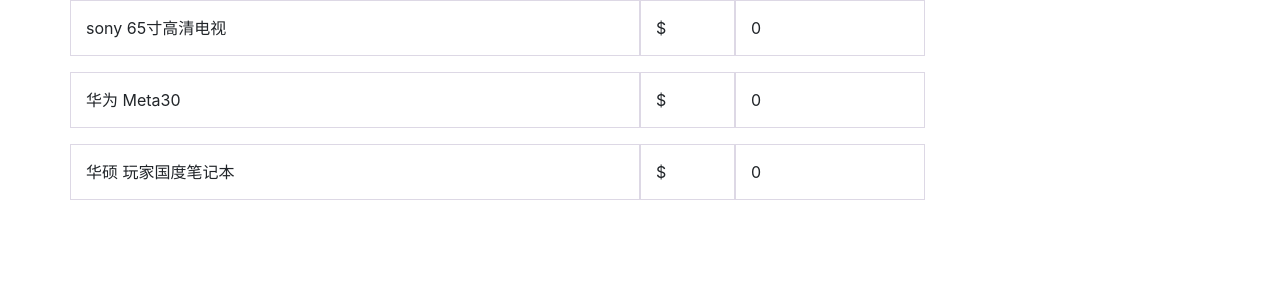
Repository: cuilongshui/reaact_dom
Page: /
These files come from the project's save history. The page is drawn as it stood at one moment and after the next save; the edit follows.
The browser window is 1280 px wide. The pictures show the whole page.
The project was rebuilt for these pictures with package versions that can differ from the ones it lists, and the page was loaded fresh each time. Also part of the build but not shown: src/App.css.

Above is the page before, as saved 2020-12-10 22:27:48.

### public/index.html
<!DOCTYPE html>
<html lang="en">
  <head>
    <meta charset="utf-8" />
    <link rel="icon" href="%PUBLIC_URL%/favicon.ico" />
    <meta name="viewport" content="width=device-width, initial-scale=1" />
    <meta name="theme-color" content="#000000" />
    <meta
      name="description"
      content="Web site created using create-react-app"
    />

    <title>React App</title>
  </head>
  <body>
    <noscript>You need to enable JavaScript to run this app.</noscript>
    <div id="root"></div>
  </body>
</html>

### src/index.js
/*
 * @Author: your name
 * @Date: 2020-12-04 23:02:56
 * @LastEditTime: 2020-12-09 22:44:31
 * @LastEditors: Please set LastEditors
 * @Description: In User Settings Edit
 * @FilePath: \my-app\src\index.js
 */
import React from 'react';
import ReactDOM from 'react-dom';
import './index.css';
import "bootstrap/dist/css/bootstrap.css";
import App from './App';


ReactDOM.render(
  <App/>,
  document.getElementById('root')
);

### src/index.css
body {
  margin: 0;
  font-family: -apple-system, BlinkMacSystemFont, 'Segoe UI', 'Roboto', 'Oxygen',
    'Ubuntu', 'Cantarell', 'Fira Sans', 'Droid Sans', 'Helvetica Neue',
    sans-serif;
  -webkit-font-smoothing: antialiased;
  -moz-osx-font-smoothing: grayscale;
}

code {
  font-family: source-code-pro, Menlo, Monaco, Consolas, 'Courier New',
    monospace;
}

.themed-grid-col {
  padding-top: 15px;
  padding-bottom: 15px;
  background-color: rgba(255,255,255);
  border: 1px solid rgba(86, 61, 124, .2);
}

.themed-grid-col-s {
  padding-top: 15px;
  padding-bottom: 15px;
  background-color: rgba(86, 61, 124, .15);
  border: 1px solid rgba(86, 61, 124, .2);
}

### src/App.js
import "./App.css";
// import ListItem from "./components/listItem";
import ListItem from './components/listItemFunc'

const listData = [
  {
    id: 1,
    title: "sony 65寸高清电视",
    prize: 4000,
  },
  {
    id: 2,
    title: "华为 Meta30",
    prize: 6000,
  },
  {
    id: 3,
    title: "华硕 玩家国度笔记本",
    prize: 10000,
  },
];

function App() {
  return (
    //  <React.Fragments></React.Fragments>
    // 包含子元素无需生成多余的子节点  简写为---->  <></>
    <>
      <div className="container">
        <ListItem data={ listData[0]}/>
        <ListItem data={ listData[1]}/>
        <ListItem data={ listData[2]}/>
      </div>
    </>
  );
}

export default App;

### src/components/listItemFunc.jsx
import React from 'react'

let count = 0;

const ListItem = (props) => {
  return (
    <div className="row mb-3">
      <div className="col-6 themed-grid-col">{props.data.title}</div>
      <div className="col-1 themed-grid-col">${props.data.price}</div>
      <div className="col-2 themed-grid-col">{count} </div>
    </div>
  )
}

export default ListItem;

After the next save:
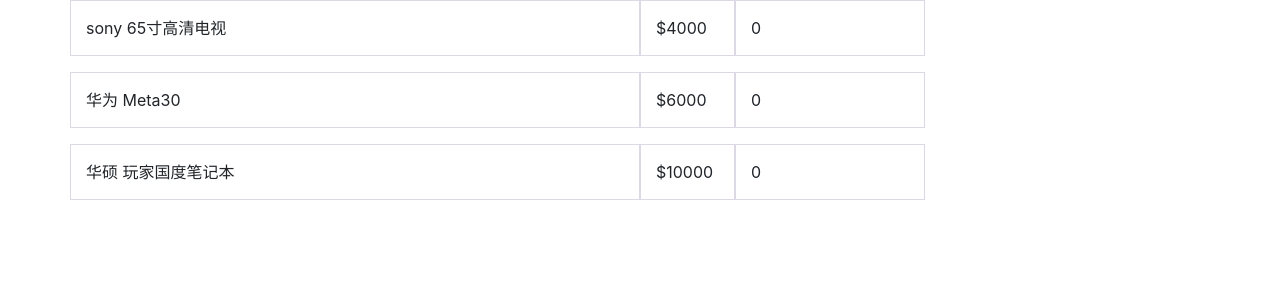
Saved 43 s later.
--- a/src/App.js
+++ b/src/App.js
@@ -6,17 +6,17 @@
   {
     id: 1,
     title: "sony 65寸高清电视",
-    prize: 4000,
+    price: 4000,
   },
   {
     id: 2,
     title: "华为 Meta30",
-    prize: 6000,
+    price: 6000,
   },
   {
     id: 3,
     title: "华硕 玩家国度笔记本",
-    prize: 10000,
+    price: 10000,
   },
 ];
 
